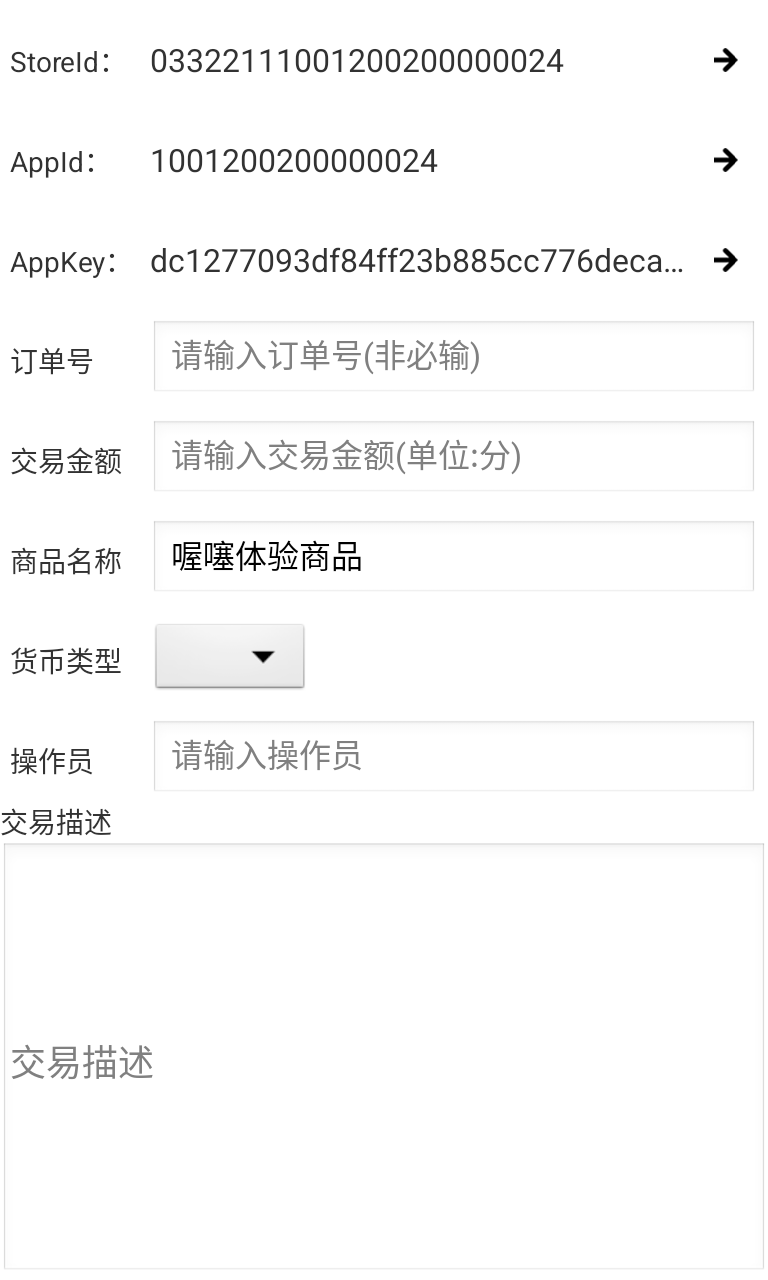
Repository: blanks1314/sysnc_android
Layout: UpayDemo/res/layout/fragment_setting.xml
These files come from the project's save history. The layout is drawn as it stood at one moment and after the next save; the edit follows.
It is drawn on a 768 x 1280 px phone screen (xhdpi) without system bars, with theme AppTheme; the app's code is not run.

Above is the layout before, as saved 2015-04-28 05:54:17.

After the next save:
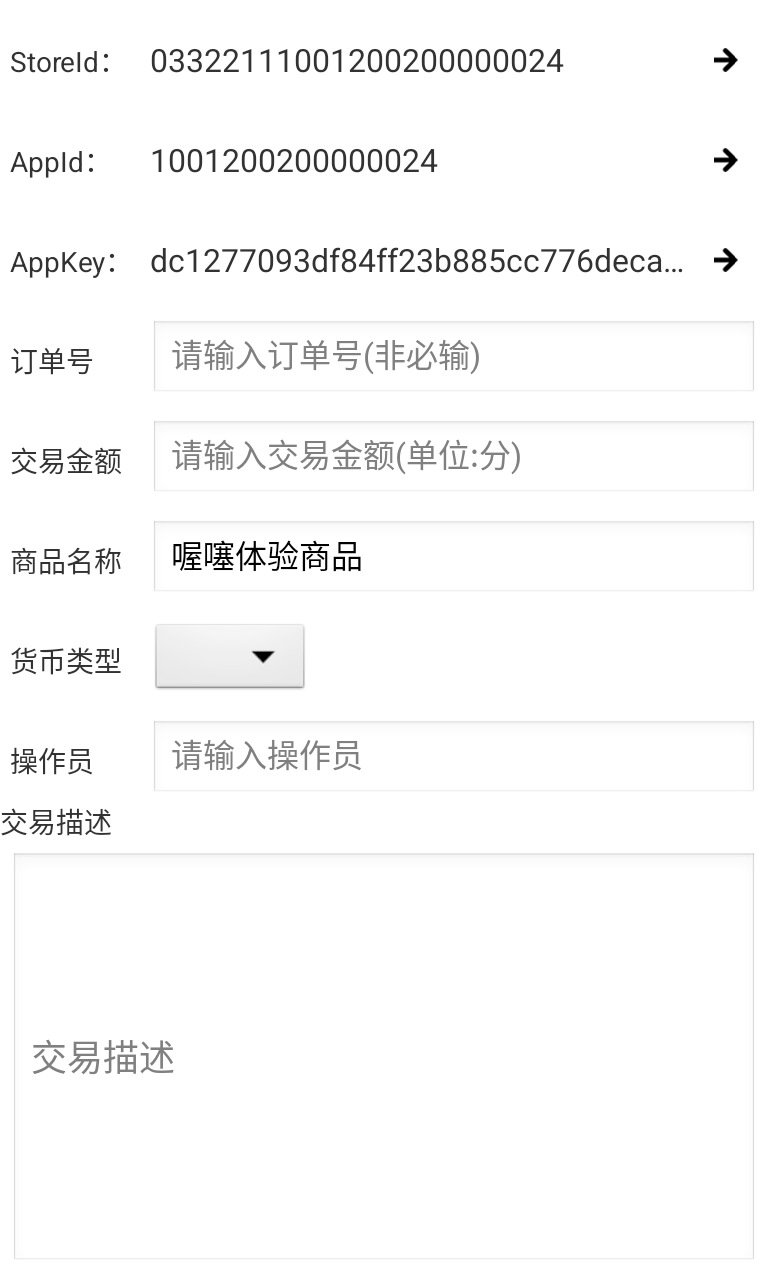
Saved 16 s later.
--- a/UpayDemo/res/layout/fragment_setting.xml
+++ b/UpayDemo/res/layout/fragment_setting.xml
@@ -137,7 +137,7 @@
             android:layout_width="match_parent"
             android:height="0dp"
             android:layout_weight="1"
-            android:padding="5dp"
+            android:layout_margin="5dp"
             android:hint="交易描述"/>
 
 
